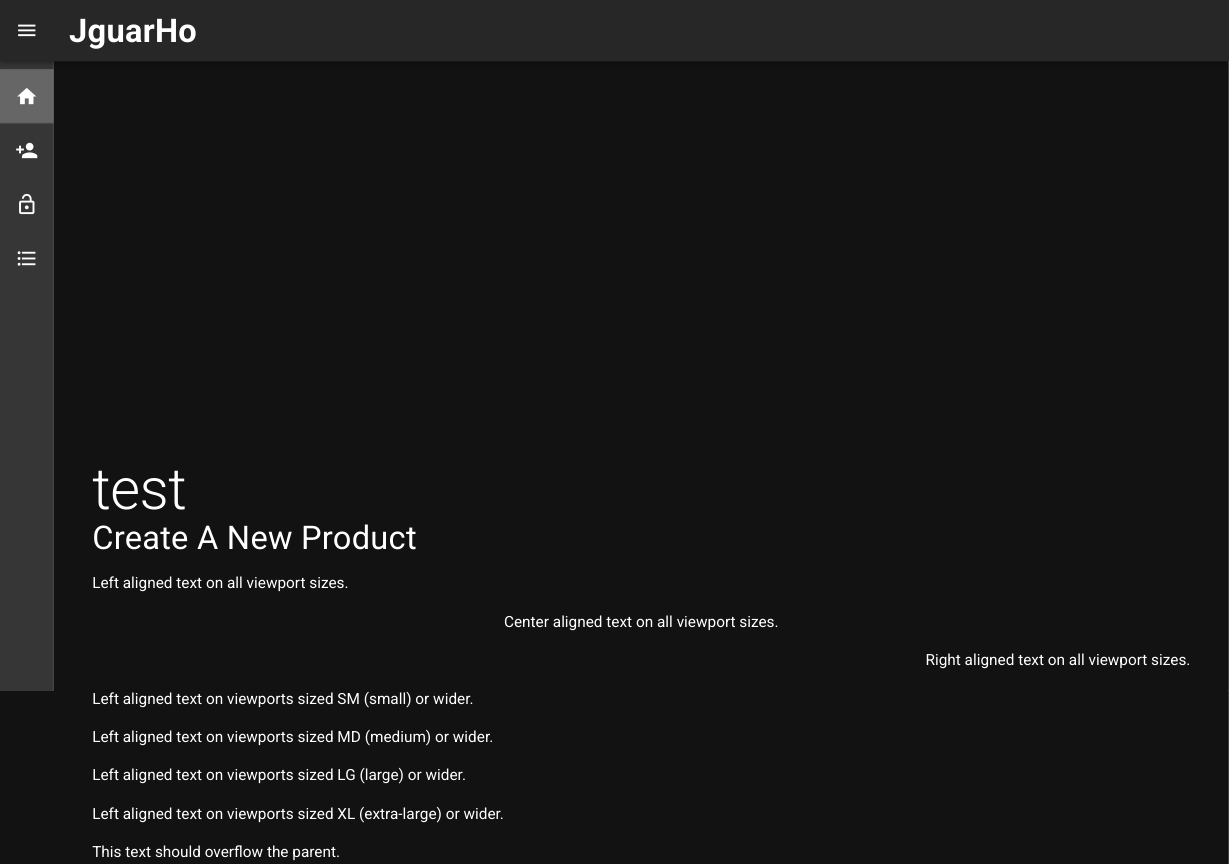
Repository: agent501/MRMS
Page: /
These files come from the project's save history. The page is drawn as it stood at one moment and after a run of saves; the edit follows.
The browser window is 1280 px wide. The pictures show the whole page, at 96% of full size.
The page's requests for data from a server got no answer. The project was rebuilt for these pictures with package versions that can differ from the ones it lists, and the page was loaded fresh each time. No one was signed in, and anything a server would have sent is missing. Also part of the build but not shown: vue.config.js, src/components/Product/products.vue, src/components/Product/product.vue, src/components/Product/createproduct.vue, src/components/User/signin.vue, src/components/User/signup.vue, src/components/User/profile.vue, src/components/Shared/Alert.vue and 2 more. Imported but missing from the stored project, and not drawn on this page: src/router/auth-guard.js.

Above is the page before, as saved 2020-07-29 16:43:00.

After the next 2 saves:
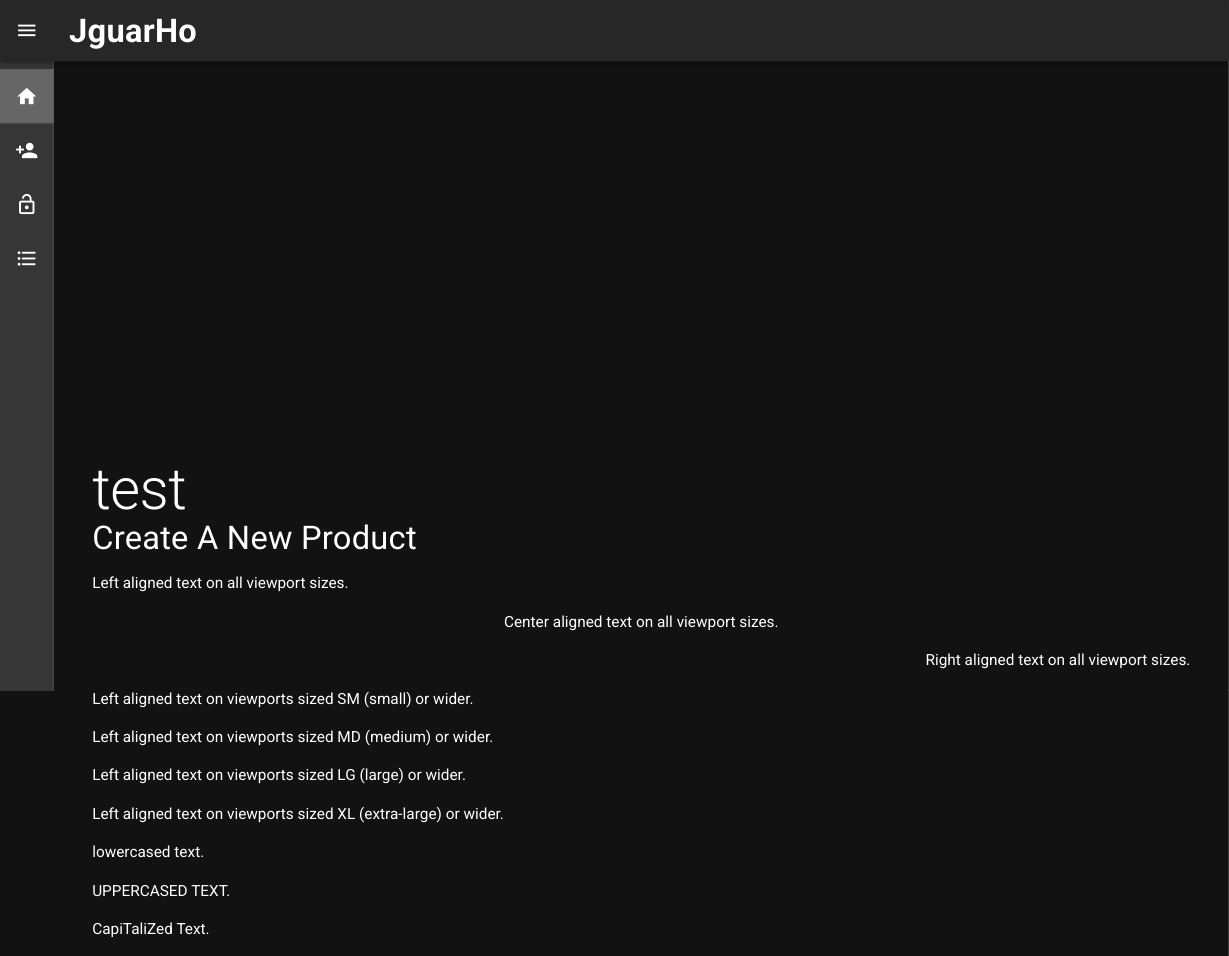
The 2 saves are shown as one change because 1 did not build or start.
The last was saved 20 s later.
--- a/src/components/Home.vue
+++ b/src/components/Home.vue
@@ -44,12 +44,10 @@
       <p class="text-md-left">Left aligned text on viewports sized MD (medium) or wider.</p>
       <p class="text-lg-left">Left aligned text on viewports sized LG (large) or wider.</p>
       <p class="text-xl-left">Left aligned text on viewports sized XL (extra-large) or wider.</p>
+      <p class="text-lowercase">Lowercased text.</p>
+      <p class="text-uppercase">Uppercased text.</p>
+      <p class="text-capitalize">CapiTaliZed text.</p>
     </div>
-
-    <div
-      class="text-no-wrap text-example"
-      style="width: 8rem;"
-    >This text should overflow the parent.</div>
   </div>
 </template>
 
